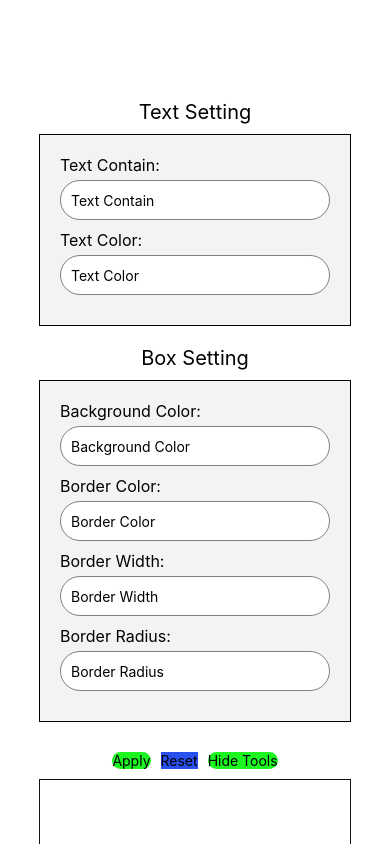
Repository: amirjavadikia/mobile-projectg
Screen: /
These files come from the project's save history. The screen is drawn as it stood at one moment and after a run of saves; the edit follows.
The app was drawn by React Native's web renderer in a window 390 px wide. The project was rebuilt for these pictures with package versions that can differ from the ones it lists, and the page was loaded fresh each time.

Above is the screen before, as saved 2024-05-14 22:14:42.

After the next 2 saves:
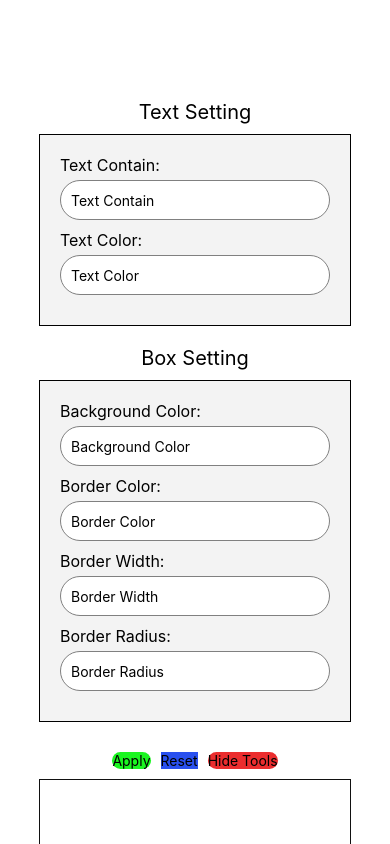
The 2 saves are shown as one change because they came seconds apart.
The last was saved 17 s later.
--- a/App.tsx
+++ b/App.tsx
@@ -310,7 +310,7 @@ const styles = StyleSheet.create({
   },
   showButton: {
     borderRadius: 20,
-    backgroundColor: '#1bf621'
+    backgroundColor: '#eb2d2e'
   }
 });
 
